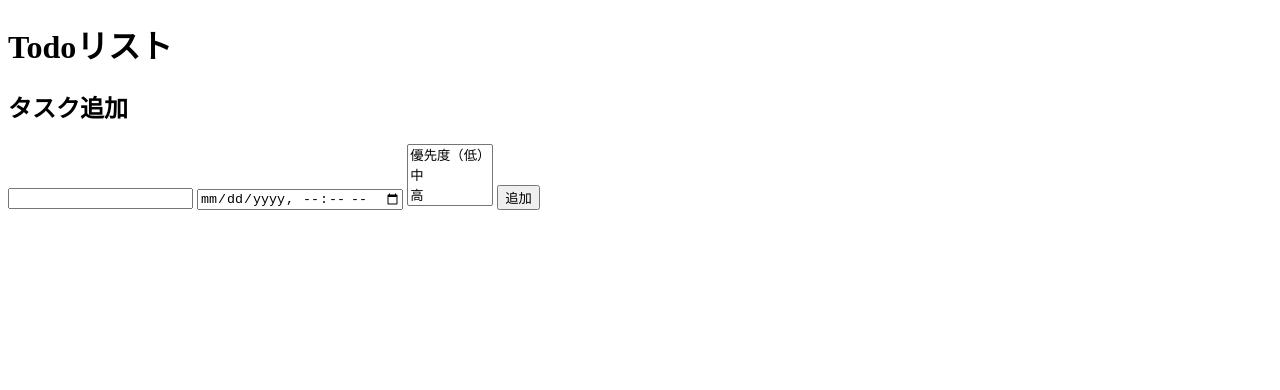
Repository: 1117wata/todo_enhanced
Page: http://localhost/
These files come from the project's save history. The page is drawn as it stood at one moment and after the next save; the edit follows.
The browser window is 1280 px wide. The pictures show the whole page.
The page is run by PHP 8.4 with error messages shown; the project is at /var/www/html/.

Above is the page before, as saved 2025-06-19 10:29:16.

After the next save:
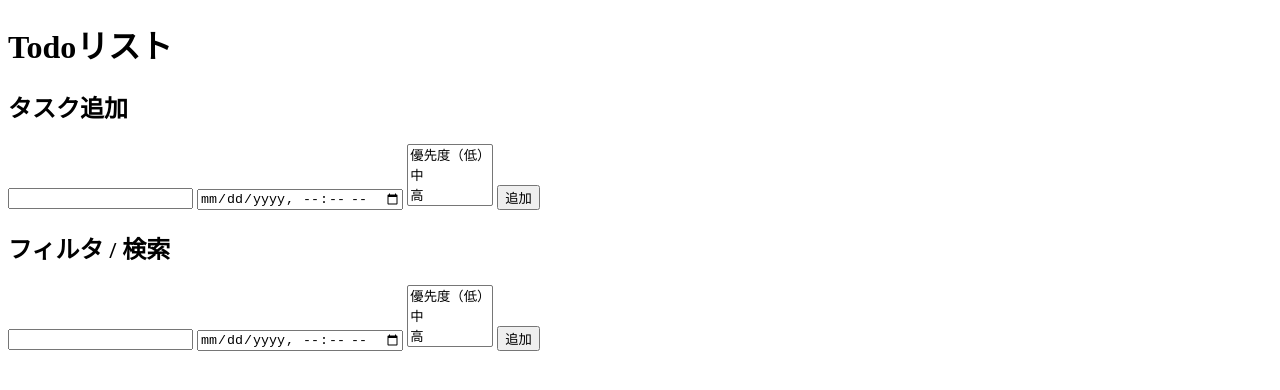
Saved 51 s later.
--- a/index.php
+++ b/index.php
@@ -18,5 +18,16 @@
             </select>
             <input type="submit" name="add" value="追加">
      </article>
+     <article>
+        <h2>フィルタ / 検索</h2>
+            <input type="text" name="task">
+            <input type="datetime-local" name="duedate">
+            <select name="priority" size="3">
+                <option value="low">優先度（低）</option>
+                <option value="medium">中</option>
+                <option value="high">高</option>
+            </select>
+            <input type="submit" name="add" value="追加">
+     </article>
 </body>
 </html>
